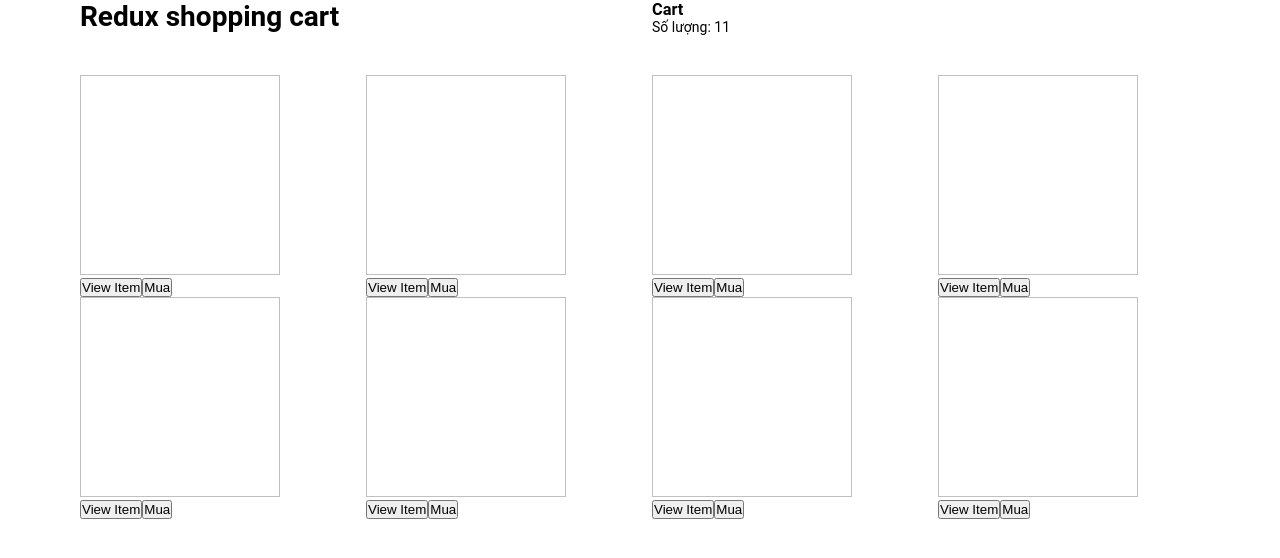
Repository: tungdt-95/test
Page: /
These files come from the project's save history. The page is drawn as it stood at one moment and after the next save; the edit follows.
The browser window is 1280 px wide. The pictures show the whole page.
The project was rebuilt for these pictures with package versions that can differ from the ones it lists, and the page was loaded fresh each time. Also part of the build but not shown: src/App.css, src/component/Cart.js.

Above is the page before, as saved 2022-01-04 20:05:22.

After the next save:
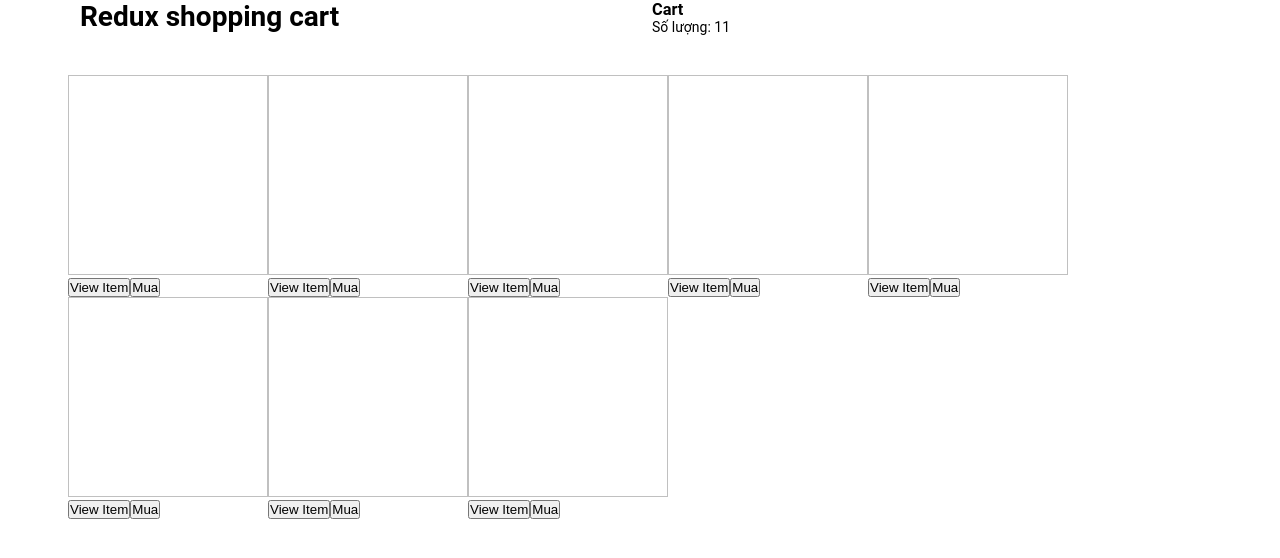
Saved 13 s later.
--- a/src/component/Product.js
+++ b/src/component/Product.js
@@ -4,7 +4,7 @@
 
 const Product = (productData) => {
     return (
-        <div className='col l-3'>
+        <div className=''>
             <img src={productData.img} alt={productData.title}></img>
             <h4>{productData.title}</h4>
             <h4>{productData.price}</h4>

After the save that followed:
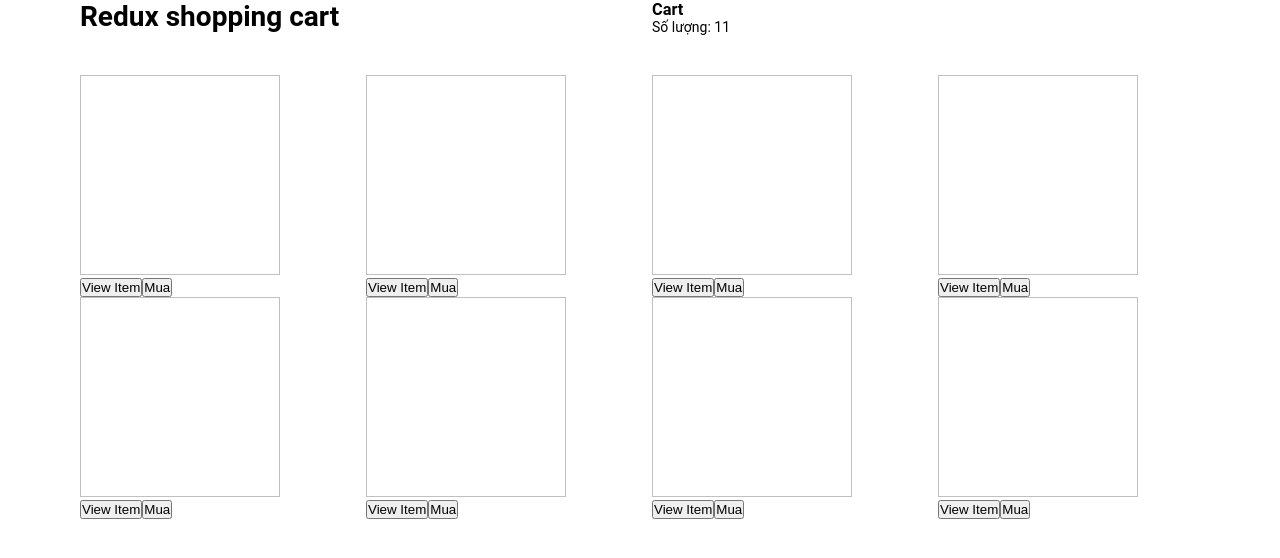
Saved 9 s later.
--- a/src/component/Product.js
+++ b/src/component/Product.js
@@ -4,7 +4,7 @@
 
 const Product = (productData) => {
     return (
-        <div className=''>
+        <div className='col l-3'>
             <img src={productData.img} alt={productData.title}></img>
             <h4>{productData.title}</h4>
             <h4>{productData.price}</h4>
